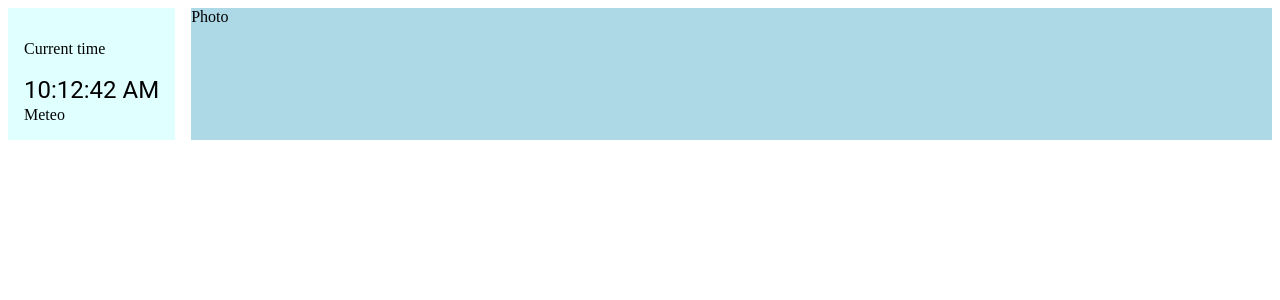
Repository: songvi/meteo
Page: /
These files come from the project's save history. The page is drawn as it stood at one moment and after a run of saves; the edit follows.
The browser window is 1280 px wide. The pictures show the whole page.
The project was rebuilt for these pictures with package versions that can differ from the ones it lists, and the page was loaded fresh each time. Also part of the build but not shown: src/App.css.

Above is the page before, as saved 2023-04-02 23:23:22.

After the next 2 saves:
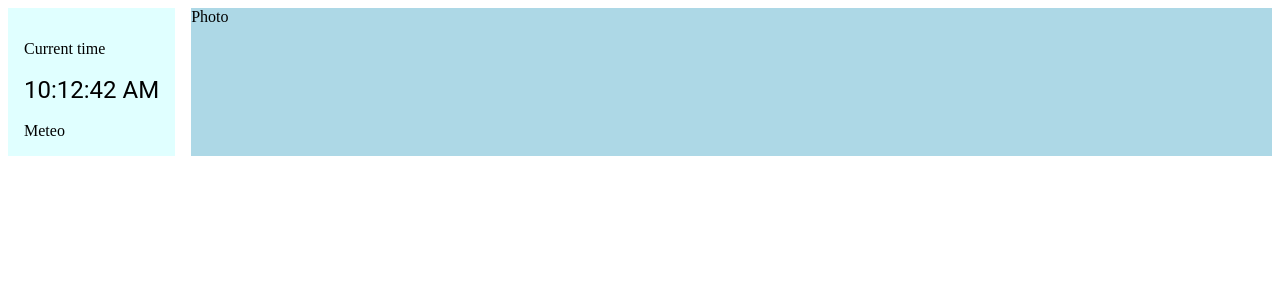
The 2 saves are shown as one change because they came seconds apart.
The last was saved 9 s later.
--- a/src/app/Navbar.tsx
+++ b/src/app/Navbar.tsx
@@ -7,7 +7,7 @@ const Navbar = () => {
     return (
         <Box>
             <Stack direction={'row'} spacing={2} justifyContent={'center'}>
-                <Stack p={2} direction={'column'} sx={{ bgcolor: 'lightcyan' }} justifyContent={'center'}>
+                <Stack p={2} spacing={2} direction={'column'} sx={{ bgcolor: 'lightcyan' }} justifyContent={'center'}>
                     <Datetime />
                     <Meteo />
                 </Stack>
